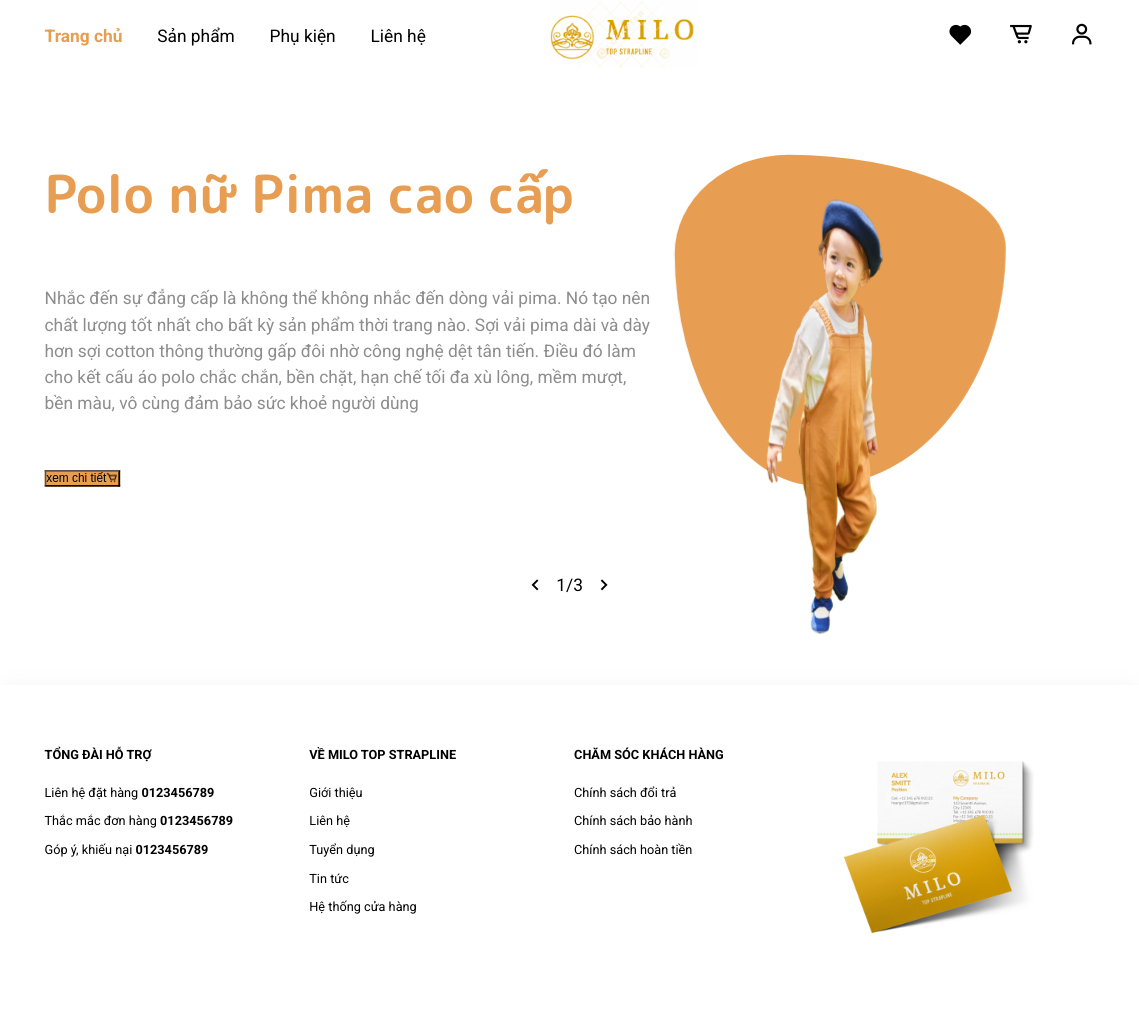
Repository: QuyHoang99k/shop
Page: /
An editor plug-in stored every save of this project. The page is shown before and after the next save, followed by the edit.
The browser window is 1280 px wide. The pictures show the whole page, at 89% of full size.
The project was rebuilt for these pictures with package versions that can differ from the ones it lists, and the page was loaded fresh each time. Also part of the build but not shown: src/pages/Catalog.jsx, src/pages/Cart.jsx, src/pages/Product.jsx.

Above is the page before, as saved 2021-10-18 19:57:00.

After the next save:
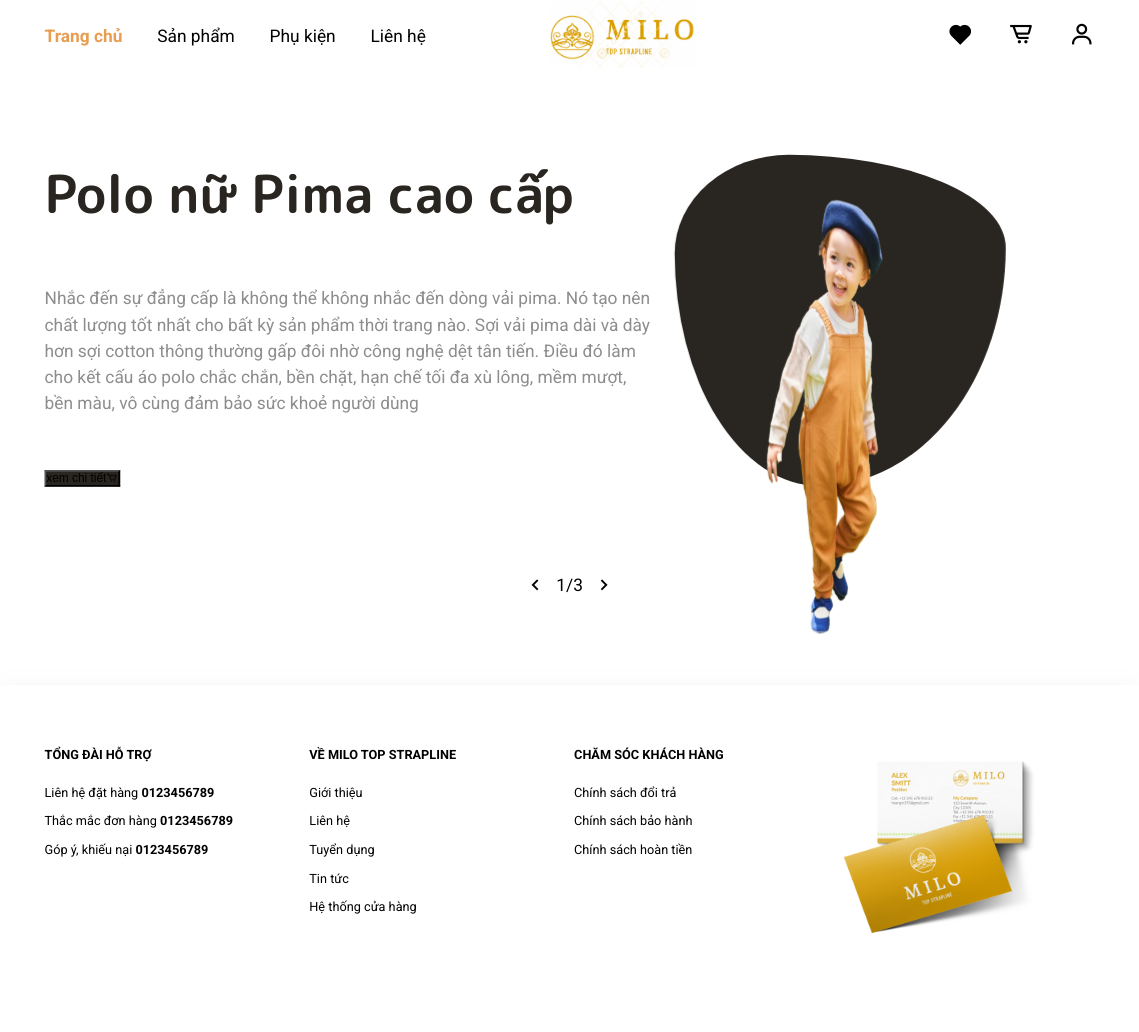
Saved 38 s later.
--- a/src/sass/_variables.scss
+++ b/src/sass/_variables.scss
@@ -16,7 +16,7 @@
 $box-shadow: rgba(149,157,165,0.2) 0px 8px 24px;
 
 $colors:(
-  "blue":#E79E52,
+  "blue":#292520,
   "orange":#fbb96b,
   "pink":#E8D4E5,
   "white":#fff,

After the save that followed:
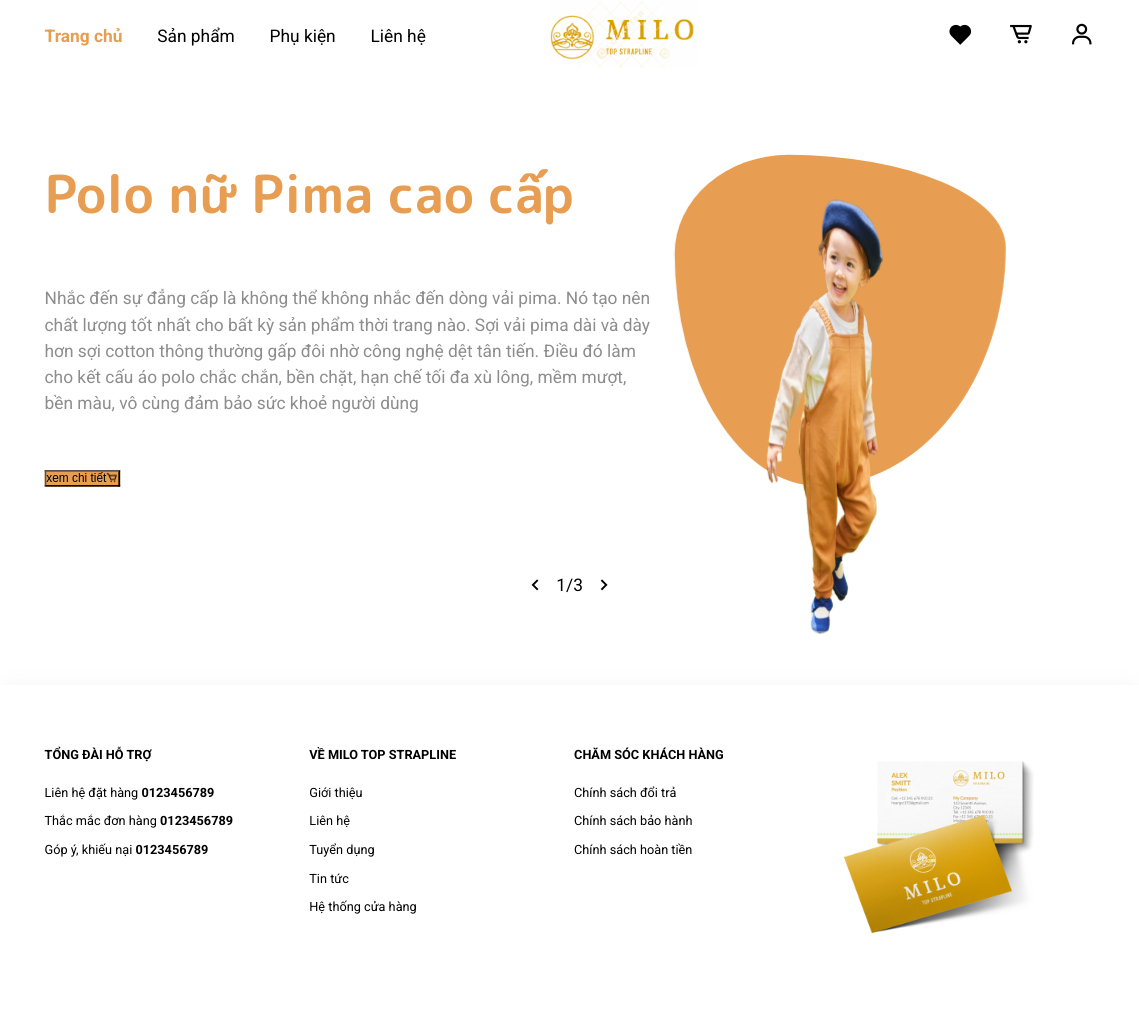
Saved 11 s later.
--- a/src/sass/_variables.scss
+++ b/src/sass/_variables.scss
@@ -16,8 +16,8 @@
 $box-shadow: rgba(149,157,165,0.2) 0px 8px 24px;
 
 $colors:(
-  "blue":#292520,
-  "orange":#fbb96b,
+  "blue":#E79E52,
+  "orange":#E0D3E9,
   "pink":#E8D4E5,
   "white":#fff,
   "black":#000,
